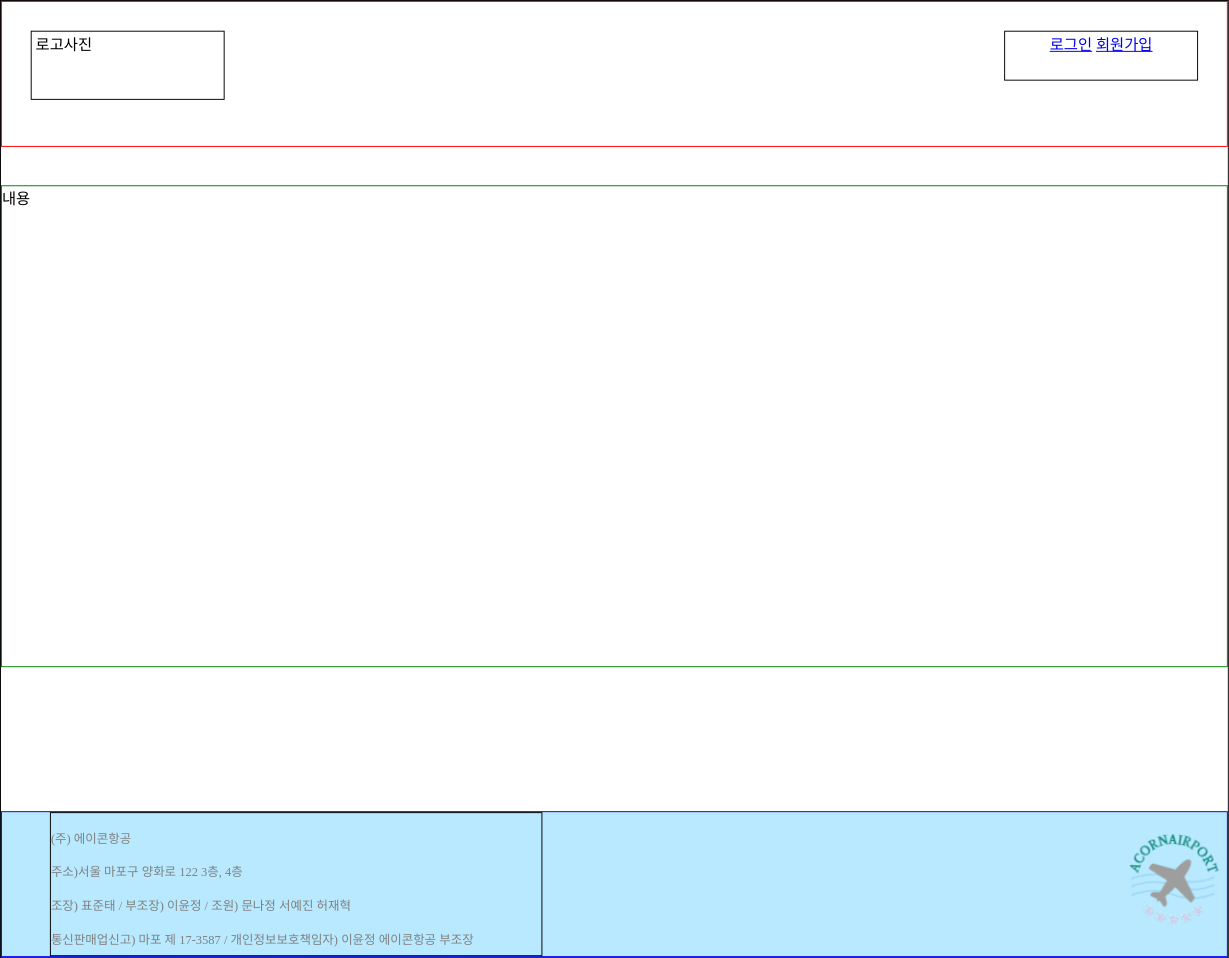
Repository: juntae710/Acorn_AirlineReservation_Project
Page: http://localhost/prj3_1/WEB-INF/views/h_index.jsp
These files come from the project's save history. The page is drawn as it stood at one moment and after the next save; the edit follows.
The browser window is 1280 px wide. The pictures show the whole page, at 96% of full size.
The page is served by Tomcat 9. Nobody is signed in. Other server files are loaded and not shown. The template is opened directly, without the code that normally fills it, so the values that code supplies are empty.

Above is the page before, as saved 2023-09-20 02:06:53.

### Eclipse/prj3_1/src/main/webapp/WEB-INF/views/h_index.jsp
<%@ page language="java" contentType="text/html; charset=UTF-8"
	pageEncoding="UTF-8"%>
<!DOCTYPE html>
<html>
<head>
<meta charset="UTF-8">
<title>Insert title here</title>
<style>
* {
	margin: 0;
}

main {
	border: 1px solid black;
}

header {
	border: 1px solid red;
	height: 150px;
	display: flex;
	position: relative;

}

.headerimg {
	width: 200px;
	height: 70px;
	border: 1px solid black;
	position: absolute;
	left: 30px;
	top: 30px;
}

.headerAtag {
	width: 200px;
	height: 50px;
	border: 1px solid black;
	position: absolute;
	right: 30px;
	top: 30px;
	text-align: center;
}

section {
	border: 1px solid green;
	height: 500px;
	margin-top: 40px;
}

footer {
	border: 1px solid blue;
	height: 150px;
	margin-top: 150px;
	margin-bottom: 0px;
	display: flex;
	background-color: #B8E9FF
}

.footer_info {
	border: 1px solid black;
	margin-left: 50px;
	width: 1000px;
	font-size: 13px;
	color: gray;
}

.footer_img {
	width: 200px;
	height: 100px;
	margin-left: 600px;
	margin-top: 13px;
}
</style>
</head>
<body>
	<main>
		<header>
			<div class="headerimg">
				<img src="" alt=""> 로고사진
			</div>

			<%
			String id = (String) session.getAttribute("id");
			%>

			<div class="headerAtag">
				<%
				if (id == null) {
				%>
				<a href="<%=request.getContextPath()%>/h_login">로그인</a>
				<%

				%>
				<a href="<%=request.getContextPath()%>/l_join">회원가입</a>
				<%
				} else {
				%>
				<p>
					아이디:
					<%=id%>님
				</p>
				<a href="<%=request.getContextPath()%>/h_logOut">로그아웃</a> <a
					href="<%=request.getContextPath()%>/UUA.do">마이페이지</a>

				<%
				}
				%>
			</div>

		</header>

		<section>내용</section>



		<footer>
			<div class="footer_info">
				<br>(주) 에이콘항공 <br>
				<br> 주소)서울 마포구 양화로 122 3층, 4층 <br>
				<br> 조장) 표준태 / 부조장) 이윤정 / 조원) 문나정 서예진 허재혁 <br>
				<br> 통신판매업신고) 마포 제 17-3587 / 개인정보보호책임자) 이윤정 에이콘항공 부조장
			</div>
			<div class="footer_img">
				<img alt="이미지" src="<%=request.getContextPath()%>/img/acornairport.png">
			</div>
		</footer>
	</main>
</body>
</html>

After the next save:
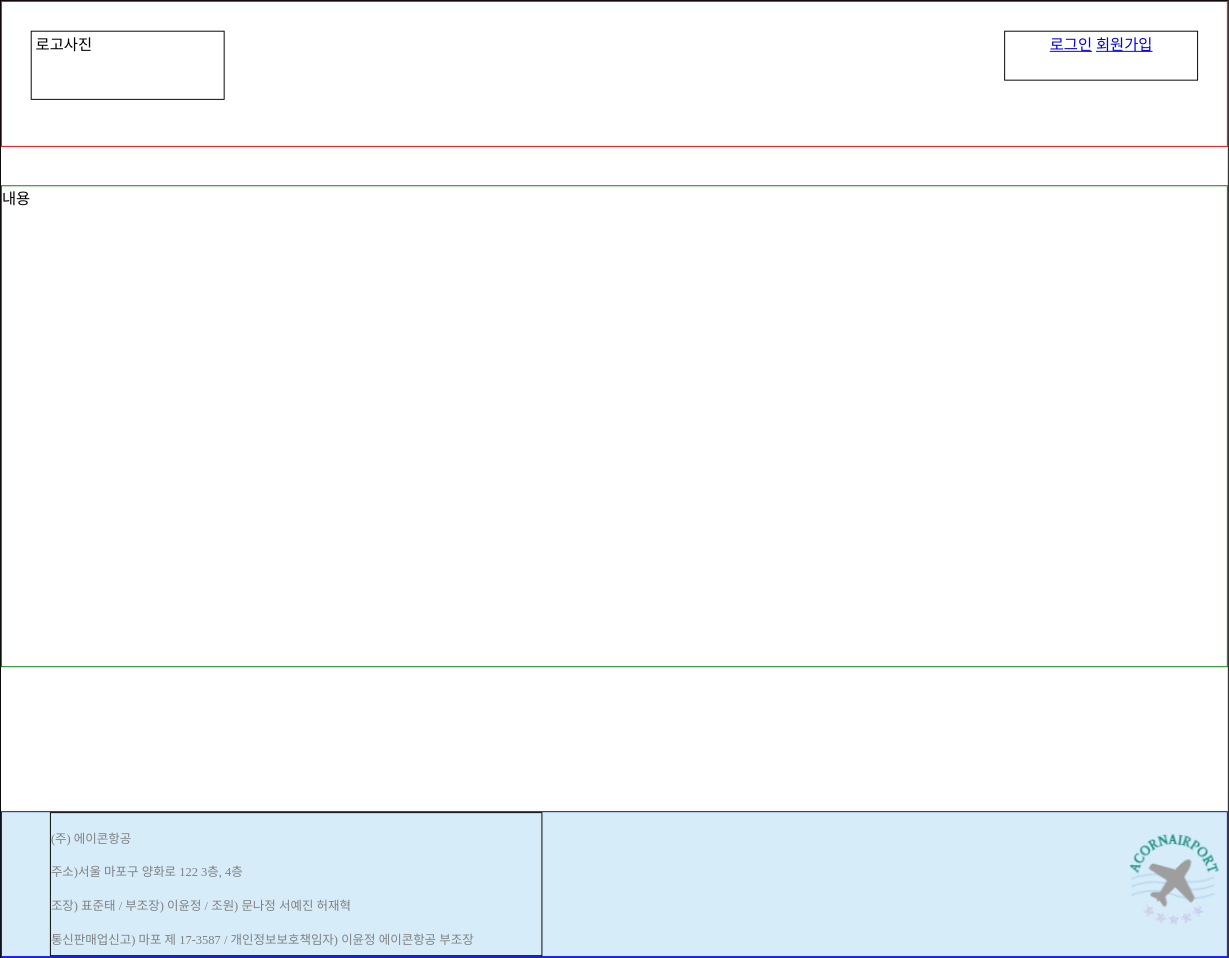
Saved 52 s later.
--- a/Eclipse/prj3_1/src/main/webapp/WEB-INF/views/h_index.jsp
+++ b/Eclipse/prj3_1/src/main/webapp/WEB-INF/views/h_index.jsp
@@ -53,7 +53,7 @@
 	margin-top: 150px;
 	margin-bottom: 0px;
 	display: flex;
-	background-color: #B8E9FF
+	background-color: #D7ECF9
 }
 
 .footer_info {

After the save that followed:
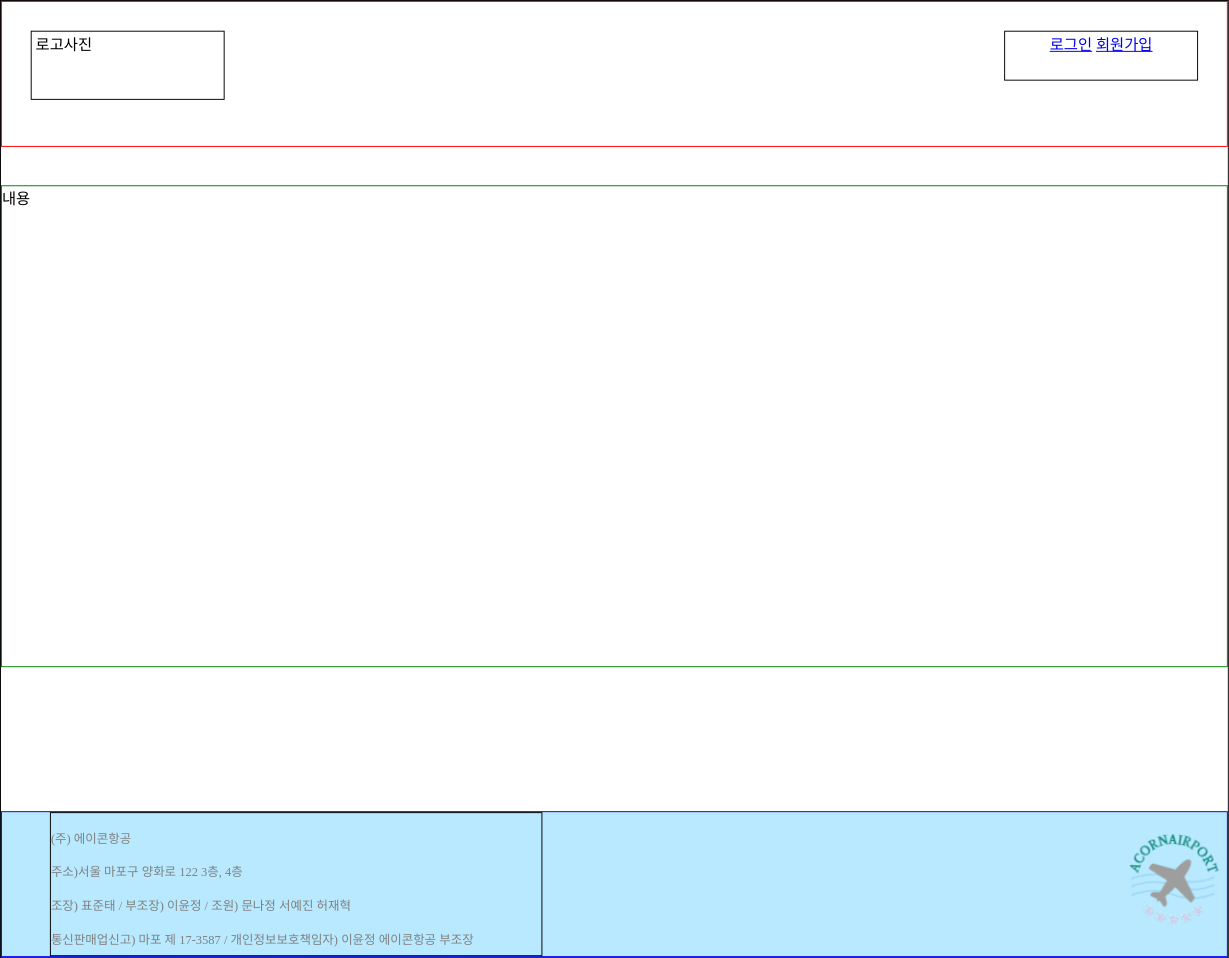
Saved 45 s later.
--- a/Eclipse/prj3_1/src/main/webapp/WEB-INF/views/h_index.jsp
+++ b/Eclipse/prj3_1/src/main/webapp/WEB-INF/views/h_index.jsp
@@ -53,7 +53,7 @@
 	margin-top: 150px;
 	margin-bottom: 0px;
 	display: flex;
-	background-color: #D7ECF9
+	background-color: #B8E9FF
 }
 
 .footer_info {
